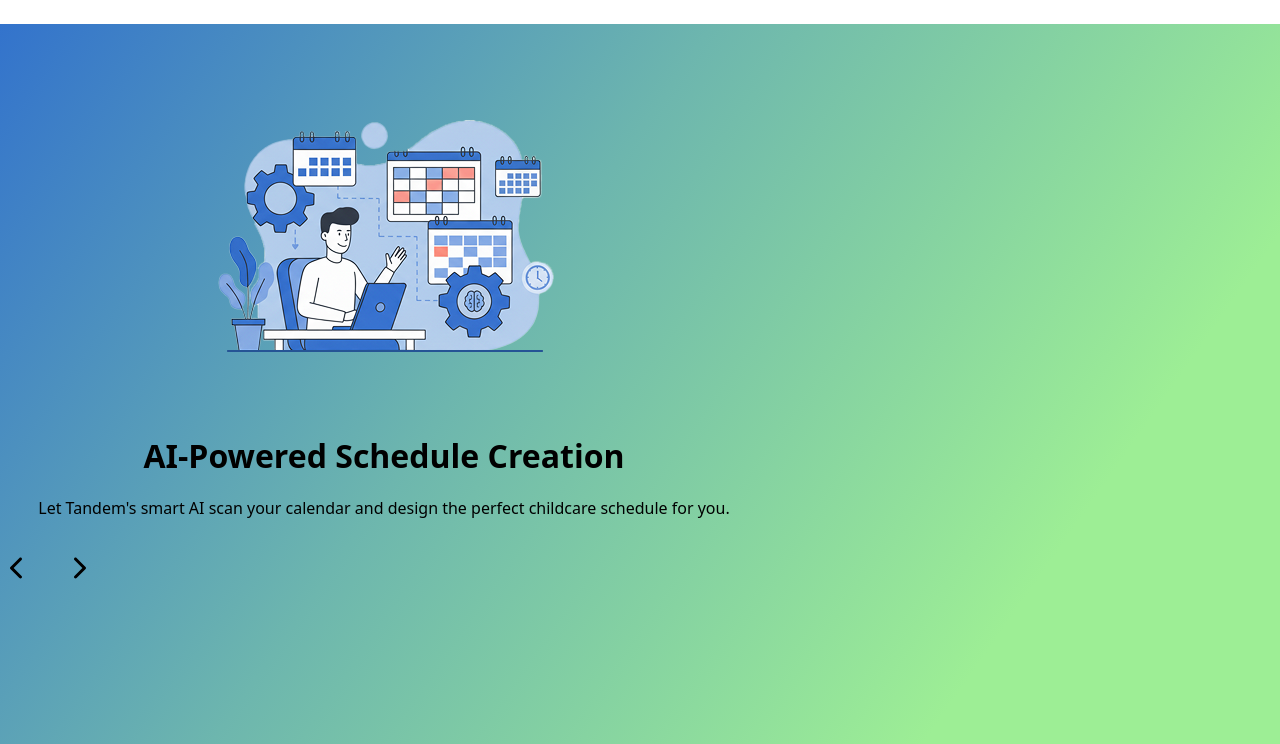
Repository: IDSP-TRADECARE/Tandem
Page: /boarding/features
These files come from the project's save history. The page is drawn as it stood at one moment and after a run of saves; the edit follows.
The browser window is 1280 px wide. The pictures show the whole page.
The page's requests for data from a server got no answer. Some web fonts or font styles are not loaded; a fallback is used. The project was rebuilt for these pictures with package versions that can differ from the ones it lists, and the page was loaded fresh each time. Some packages were replaced by stand-ins written for this rebuild. The framework's server and built-in components were replaced by stand-ins that run in the browser. No one was signed in, and anything a server would have sent is missing. Also part of the build but not shown: next.config.ts, src/app/components/auth/AuthGuard.tsx.

Above is the page before, as saved 2025-11-22 21:37:08.

### src/app/layout.tsx
/* eslint-disable @next/next/no-page-custom-font */
import { ClerkProvider } from '@clerk/nextjs'
import { SocketProvider } from '@/lib/socket/SocketContext'
import './globals.css'
import type { Metadata } from "next";
import { AuthWrapper } from './components/auth/AuthWrapper';


export const metadata: Metadata = {
  title: "Tandem",
  description: "Share childcare with your community",
  icons: {
    icon: 'brand/logoColor.svg',
  },
};

export default function RootLayout({
  children,
}: Readonly<{
  children: React.ReactNode;
}>) {
  return (
    <ClerkProvider>
      <html lang="en">
        <head>
          {/* Omnes Pro from Adobe Fonts */}
          <link rel="stylesheet" href="https://use.typekit.net/pku8yek.css" />

          {/* Alan Sans from Google Fonts */}
          <link rel="preconnect" href="https://fonts.googleapis.com" />
          <link rel="preconnect" href="https://fonts.gstatic.com" crossOrigin="anonymous" />
          <link href="https://fonts.googleapis.com/css2?family=Alan+Sans:wght@300..900&display=swap" rel="stylesheet" />
        </head>
        <body className="antialiased">
          <SocketProvider>
            <AuthWrapper>
              {children}
            </AuthWrapper>
          </SocketProvider>
        </body>
      </html>
    </ClerkProvider>
  )
}

### src/app/boarding/features/page.tsx
"use client";
import { useState } from "react";
import { useRouter } from "next/navigation";
import { GradientBackgroundFull } from "@/app/components/ui/backgrounds/GradientBackgroundFull";
import { IoIosArrowBack, IoIosArrowForward } from "react-icons/io";
import styles from "./features.module.css";

const features = [
    {
        id: 1,
        title: "AI-Powered Schedule Creation",
        description:
            "Let Tandem's smart AI scan your calendar and design the perfect childcare schedule for you.",
        imgSrc: "/boarding/Graphic-ai-powered-feature1.png",
    },
    {
        id: 2,
        title: "Seamless Nanny Booking",
        description:
            "Effortlessly discover and book reliable nannies tailored to your family's needs.",
        imgSrc: "/boarding/Seamless-nanny-booking-feature2.png",
    },
    {
        id: 3,
        title: "Intelligent Nanny Sharing",
        description:
            "Team up with nearby families to share trusted nannies, cutting costs while building lasting connections.",
        imgSrc: "/boarding/Intelligent-nanny-sharing-feature3.png",
    },
];

export default function FeaturesPage() {
    const [currentIndex, setCurrentIndex] = useState(0);
    const router = useRouter();

    const handleNext = () => {
        if (currentIndex < features.length - 1) {
            setCurrentIndex(currentIndex + 1);
        } else {
            router.push("./sign-up");
        }
    };

    const handlePrevious = () => {
        if (currentIndex > 0) {
            setCurrentIndex(currentIndex - 1);
        }
    };

    const currentFeature = features[currentIndex];

    return (
        <GradientBackgroundFull>
            <div className={styles.container}>
                <div className='max-w-3xl w-full text-center mb-8'>
                    <div className='h-96 flex items-center justify-center my-6'>
                        <img
                            src={currentFeature.imgSrc}
                            alt={`Feature ${currentFeature.id}`}
                        />
                    </div>

                    <h1>{currentFeature.title}</h1>

                    <p>{currentFeature.description}</p>
                </div>
                <div className='flex items-center gap-8'>
                    <button
                        onClick={handlePrevious}
                        disabled={currentIndex === 0}
                    >
                        <IoIosArrowBack size={32} />
                    </button>

                    <button onClick={handleNext}>
                        <IoIosArrowForward size={32} />
                    </button>
                </div>
            </div>
        </GradientBackgroundFull>
    );
}

### src/lib/socket/SocketContext.tsx
'use client';

import { createContext, useContext, useEffect, useState } from 'react';
import { io, Socket } from 'socket.io-client';
import { ClientToServerEvents, ServerToClientEvents } from './types';

type TypedSocket = Socket<ServerToClientEvents, ClientToServerEvents>;

interface SocketContextType {
  socket: TypedSocket | null;
  isConnected: boolean;
}

const SocketContext = createContext<SocketContextType>({
  socket: null,
  isConnected: false,
});

export function SocketProvider({ children }: { children: React.ReactNode }) {
  const [socket, setSocket] = useState<TypedSocket | null>(null);
  const [isConnected, setIsConnected] = useState(false);

  useEffect(() => {
    const socketUrl = process.env.NEXT_PUBLIC_SOCKET_URL || 'http://localhost:3001';

    console.log('Connecting to Socket.IO server:', socketUrl);

    const socketInstance: TypedSocket = io(socketUrl, {
      transports: ['websocket', 'polling'],
    });

    socketInstance.on('connect', () => {
      console.log('✅ Socket connected:', socketInstance.id);
      setIsConnected(true);
    });

    socketInstance.on('disconnect', () => {
      console.log('❌ Socket disconnected');
      setIsConnected(false);
    });

    socketInstance.on('connect_error', (error) => {
      console.error('Socket connection error:', error);
      setIsConnected(false);
    });

    setSocket(socketInstance);

    return () => {
      socketInstance.disconnect();
    };
  }, []);

  return (
    <SocketContext.Provider value={{ socket, isConnected }}>
      {children}
    </SocketContext.Provider>
  );
}

export const useSocket = () => useContext(SocketContext);

### src/app/globals.css
@import "tailwindcss";

@theme {
  /* Font families */
  --font-family-alan: "Alan Sans", sans-serif;
  --font-family-omnes: "omnes-pro", sans-serif;

  /* Primary Colors */
  --color-primary: #3373cc;
  --color-primary-lighter: #a3c0e8;
  --color-primary-light: #91b3e3;
  --color-primary-light-hover: #91b3e3;
  --color-primary-light-active: #7aa4de;
  --color-primary-hover: #2b62ad;
  --color-primary-active: #255495;
  --color-primary-dark: #122847;
  --color-primary-dark-hover: #0d1d33;
  --color-primary-dark-active: #060d16;

  /* Secondary Colors */
  --color-secondary: #92f189;
  --color-secondary-lighter: #cef9ca;
  --color-secondary-light: #c4f7bf;
  --color-secondary-light-hover: #c4f7bf;
  --color-secondary-light-active: #b8f6b2;
  --color-secondary-hover: #7ccd74;
  --color-secondary-active: #6bb064;
  --color-secondary-dark: #335430;
  --color-secondary-dark-hover: #253c22;
  --color-secondary-dark-active: #101b0f;

  /* Analogous Colors */
  --color-analogous: #68d5ff;
  --color-analogous-lighter: #bbecff;
  --color-analogous-light: #ade8ff;
  --color-analogous-light-hover: #ade8ff;
  --color-analogous-light-active: #9de4ff;
  --color-analogous-hover: #58b5d9;
  --color-analogous-active: #4c9bba;
  --color-analogous-dark: #244b59;
  --color-analogous-dark-hover: #1a3540;
  --color-analogous-dark-active: #0b171c;

  /* Success */
  --color-success: #95b548;

  /* Warning */
  --color-warning: #d78f26;

  /* Error */
  --color-error: #c43535;

  /* Neutral Colors */
  --color-neutral-50: #e6e6e8;
  --color-neutral-100: #b0b0b8;
  --color-neutral-200: #8a8a96;
  --color-neutral-300: #545466;
  --color-neutral-400: #333349;
  --color-neutral-500: #00001b;
  --color-neutral-600: #000019;
  --color-neutral-700: #000013;
  --color-neutral-800: #00000f;
  --color-neutral-900: #00000b;
}

@layer base {
  :root {
    /* Semantic mappings for shadcn */
    --background: 0 0% 100%;
    --foreground: var(--color-neutral-500);
    --card: 0 0% 100%;
    --card-foreground: var(--color-neutral-500);
    --popover: 0 0% 100%;
    --popover-foreground: var(--color-neutral-500);
    --primary-foreground: 0 0% 98%;
    --secondary-foreground: var(--color-neutral-500);
    --muted: var(--color-neutral-50);
    --muted-foreground: var(--color-neutral-300);
    --accent: var(--color-analogous-light);
    --accent-foreground: var(--color-neutral-500);
    --destructive: var(--color-error);
    --destructive-foreground: 0 0% 98%;
    --border: var(--color-neutral-100);
    --input: var(--color-neutral-100);
    --ring: var(--color-primary);
    --radius: 0.5rem;
    --gradient-primary: linear-gradient(135deg, #3373CC 0%, #6DB6AE 46%, #9DEE95 100%);
  }

  .dark {
    --background: var(--color-neutral-500);
    --foreground: 0 0% 98%;
    --card: var(--color-neutral-400);
    --card-foreground: 0 0% 98%;
    --popover: var(--color-neutral-400);
    --popover-foreground: 0 0% 98%;
    --primary-foreground: var(--color-neutral-500);
    --secondary-foreground: 0 0% 98%;
    --muted: var(--color-neutral-300);
    --muted-foreground: var(--color-neutral-100);
    --accent: var(--color-analogous-dark);
    --accent-foreground: 0 0% 98%;
    --destructive-foreground: 0 0% 98%;
    --border: var(--color-neutral-300);
    --input: var(--color-neutral-300);
    --ring: var(--color-primary-light);
    --gradient-primary: linear-gradient(135deg, #3373CC 0%, #6DB6AE 46%, #9DEE95 100%);
  }

  /* Font utilities */
  .font-alan {
    font-family: var(--font-family-alan);
    font-optical-sizing: auto;
  }

  .font-omnes {
    font-family: var(--font-family-omnes);
  }
}

/* FullCalendar Custom Styles */
.fullcalendar-container {
  font-family: inherit;
}

.fc {
  font-size: 14px;
}

.fc .fc-toolbar-title {
  font-size: 1.5rem;
  font-weight: 700;
  color: var(--color-primary);
}

.fc .fc-button {
  background-color: var(--color-primary);
  border-color: var(--color-primary);
  color: white;
  border-radius: 8px;
  padding: 6px 12px;
  font-weight: 600;
}

.fc .fc-button:hover {
  background-color: var(--color-primary-hover);
  border-color: var(--color-primary-hover);
}

.fc .fc-button-active {
  background-color: var(--color-primary-dark);
  border-color: var(--color-primary-dark);
}

.fc .fc-col-header-cell {
  background-color: var(--color-neutral-50);
  padding: 12px;
  font-weight: 600;
  color: var(--color-primary);
}

.fc .fc-daygrid-day-number {
  font-weight: 600;
  color: var(--color-primary);
  padding: 8px;
}

.fc .fc-daygrid-day.fc-day-today {
  background-color: var(--color-primary-lighter) !important;
}

.fc .fc-event {
  border-radius: 6px;
  padding: 4px 6px;
  font-size: 12px;
  font-weight: 600;
  cursor: pointer;
}

.fc .fc-timegrid-event {
  border-radius: 6px;
  padding: 4px;
}

.fc .fc-timegrid-slot {
  height: 3em;
}

.fc .fc-scrollgrid {
  border-color: var(--neutral-100) !important;
}

@layer utilities {
  .bg-gradient-primary {
    background: var(--gradient-primary);
  }
}

### src/app/components/auth/AuthWrapper.tsx
'use client';

import { usePathname } from 'next/navigation';
import { AuthGuard } from './AuthGuard';

export function AuthWrapper({ children }: { children: React.ReactNode }) {
  const pathname = usePathname();

  // Routes that don't require authentication
  const publicRoutes = ['/boarding/features', '/sign-in', '/sign-up'];
  const isPublicRoute = pathname === '/' || publicRoutes.some(route => pathname?.startsWith(route));

  if (isPublicRoute) {
    return <>{children}</>;
  }

  return <AuthGuard>{children}</AuthGuard>;
}

### src/app/components/ui/backgrounds/GradientBackgroundFull.tsx
import React from 'react';

export function GradientBackgroundFull({ children }: { children?: React.ReactNode }) {
  return (
    <div
      className="min-h-screen"
      style={{
        background: 'linear-gradient(125deg, #3373CC 0%, #6DB6AE 40%, #9DEE95 80%)',
        backgroundSize: '100%'
      }}
    >
      {children}
    </div>
  );
}

### src/app/boarding/features/features.module.css
h1 {
    font-size: 2rem;
    font-weight: bold;
    margin-bottom: 1rem;
}
h2 {
    font-size: 1.5rem;
    font-weight: semi-bold;
    margin-bottom: 1rem;
}

After the next 2 saves:
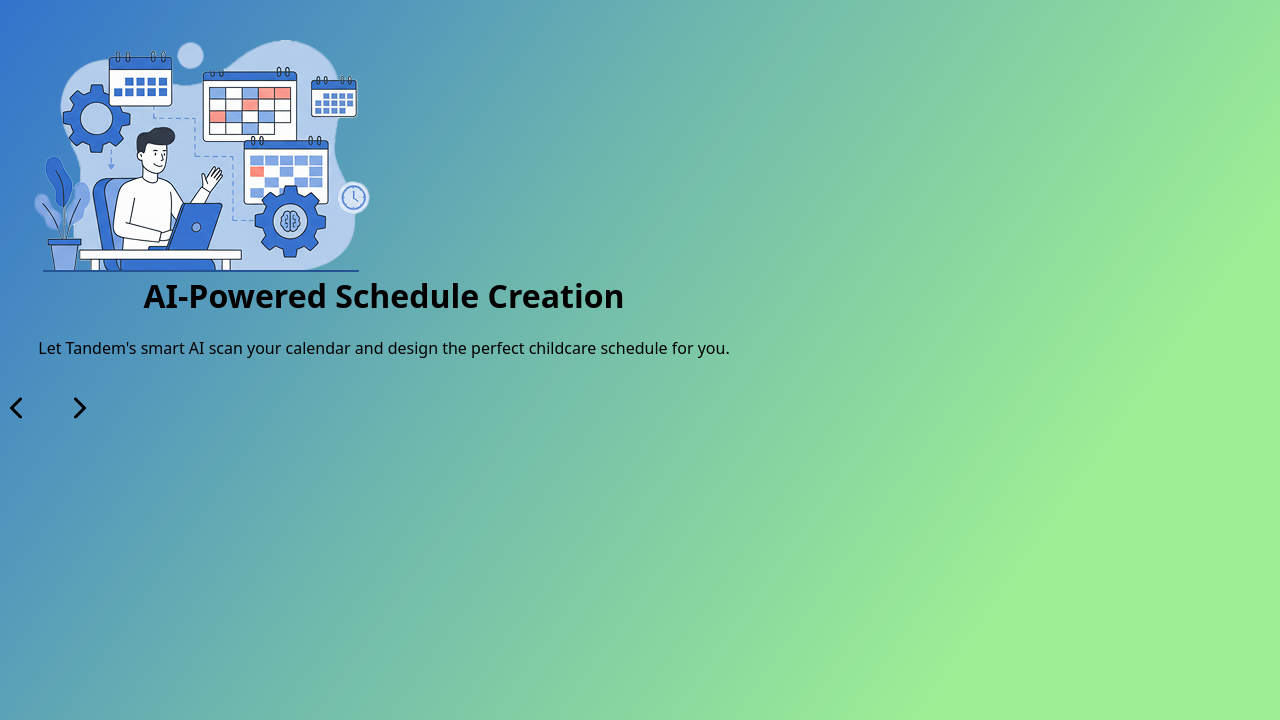
The 2 saves are shown as one change because they came seconds apart.
The last was saved 21 s later.
--- a/src/app/boarding/features/page.tsx
+++ b/src/app/boarding/features/page.tsx
@@ -53,14 +53,14 @@
         <GradientBackgroundFull>
             <div className={styles.container}>
                 <div className='max-w-3xl w-full text-center mb-8'>
-                    <div className='h-96 flex items-center justify-center my-6'>
+                    <div className={styles.imageContainer}>
                         <img
                             src={currentFeature.imgSrc}
                             alt={`Feature ${currentFeature.id}`}
                         />
                     </div>
 
-                    <h1>{currentFeature.title}</h1>
+                    <h1 className={styles.title}>{currentFeature.title}</h1>
 
                     <p>{currentFeature.description}</p>
                 </div>
